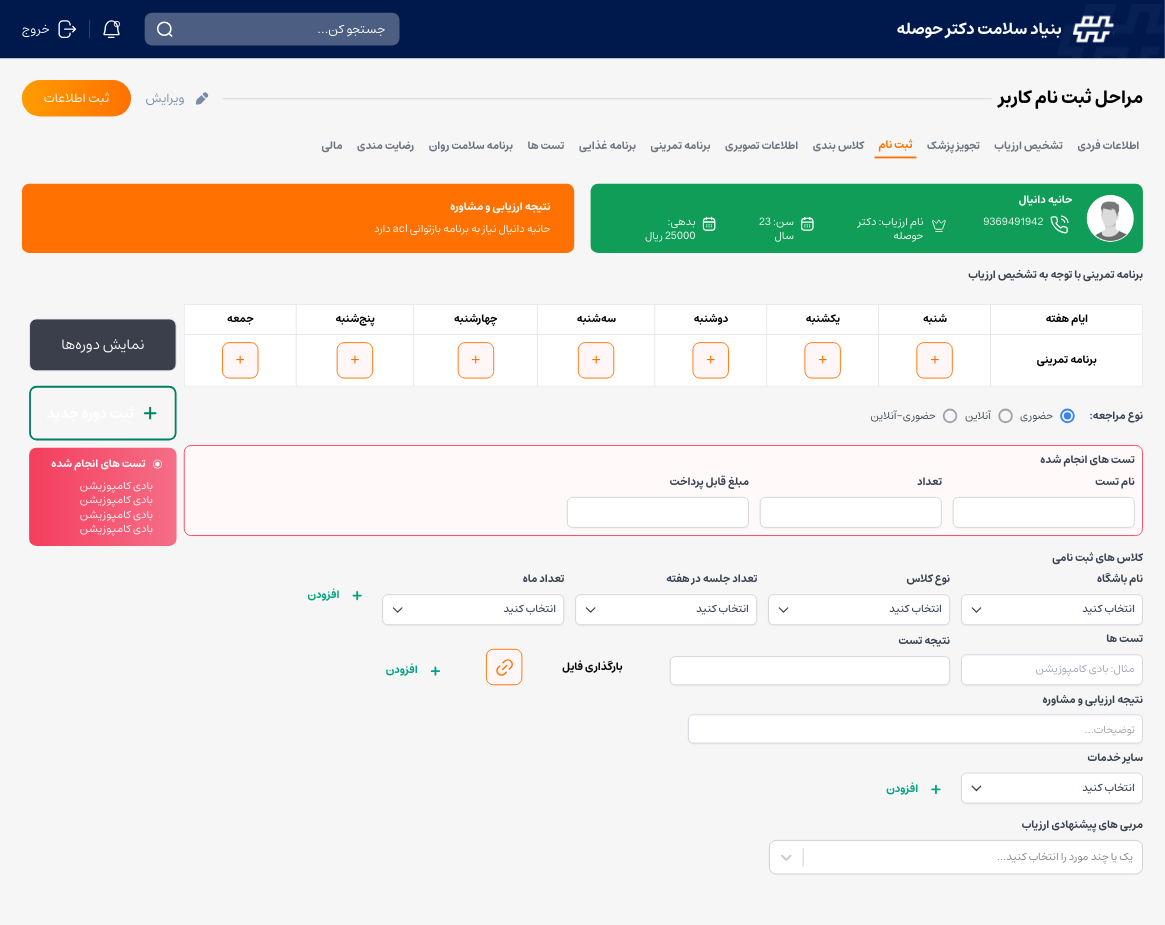
Repository: mirnajafi/ERP_hoseleh_V1.0
Page: /register, after clicking the first element matching `div.flex > :nth-child(4)`
The author's editor kept a copy of each file at every save. The page is drawn from the files as they stood at one save, then again after the next save.
The browser window is 1280 px wide. The pictures show the whole page, at 91% of full size.
Some web fonts or font styles are not loaded; a fallback is used. The project was rebuilt for these pictures with package versions that can differ from the ones it lists, and the page was loaded fresh each time. The framework's server and built-in components were replaced by stand-ins that run in the browser. Also part of the build but not shown: next.config.mjs, src/components/icons/trash.tsx, src/components/weekTable/weekTable.css, src/components/icons/copy.tsx, src/components/recognitionEvaluator/recognitionEvaluator.tsx.

Above is the page before, as saved 2025-02-28 23:57:34.

### src/app/layout.tsx
/* eslint-disable @next/next/no-img-element */
import type { Metadata } from "next";
import Header from "@/components/layout/Header";
import "@/app/globals.css";


export const metadata: Metadata = {
  title: "دکتر حوصله",
  description: "بنیاد سلامت دکتر حوصله",
};

export default function RootLayout({ children }: { children: React.ReactNode }) {
  return (
    <html lang="fa" dir="rtl">
      <body className="bg-dashboard-bg min-h-screen">
        {/* Header includes SidebarToggle, so no need to add Sidebar separately */}
        <Header />
        {/* Main Content Area */}
        <main className="transition-all duration-300 mt-16 p-6">
          {children}
        </main>

      </body>
    </html>
  );
}

### src/app/globals.css
@tailwind base;
@tailwind components;
@tailwind utilities;

@font-face {
  font-family: 'Estedad';
  src: url('/fonts/Estedad-Regular.woff2') format('woff2');
  font-weight: normal;
  font-style: normal;
  font-display: swap;
}

@font-face {
  font-family: 'Estedad';
  src: url('/fonts/Estedad-Bold.woff2') format('woff2');
  font-weight: bold;
  font-style: normal;
  font-display: swap;
}

@font-face {
  font-family: 'Estedad';
  src: url('/fonts/Estedad-Medium.woff2') format('woff2');
  font-weight: 500;
  font-style: normal;
  font-display: swap;
}

@font-face {
  font-family: 'Estedad';
  src: url('/fonts/Light.woff2') format('woff2');
  font-weight: 400;
  font-style: normal;
  font-display: swap;
}

@layer base {
  html {
    font-family: 'Estedad'
  }
}

### src/components/registration/registration.tsx
import Select from "react-select/base";
import WeekTable from "../weekTable/weekTable";
import TransparentBtn from "../transparentBtn/transparentBtn";
import Dropdown from "../dropdown/dropdown";
import InputDescription from "../inputDescription/inputDescription";
import FileUploader from "../fileUploader/fileUploader";
import Input from "../input/input";
import InformationUserBox from "../informationUserBox/informationUserBox";
import { useState } from "react";
import ResultBox from "../resultBox/resultBox";
import PlusIcon from "../icons/plus";
import LeftSideBox from "../leftSideBox/leftSideBox";
import RadioButton from "../radioBtn/radioBtn";

const Registration = () => {

    const [selectedOptions, setSelectedOptions] = useState([]);


    const handleSelect = (option: string) => {
        console.log("انتخاب شده:", option);
    };
    const handleFileUpload = (files: File[]) => {
        console.log("فایل‌های آپلود شده:", files);
    };

    const [selected, setSelected] = useState<string>("option1");


    const [selectedDay, setSelectedDay] = useState<string>("");

    const handleDaySelect = (day: string) => {
        setSelectedDay(day);
    };

    return (
        <div>
            <div className="w-full flex flex-row">
                <InformationUserBox name="حانیه دانیال" age="23" phoneNumber={'9369491942'} evaluator="دکتر حوصله" debt="25000" imageSrc="/images/defaultUser.png" className="w-1/2 lg:ml-2" />
                <ResultBox resultText={"حانیه دانیال نیاز به برنامه بازتوانی acl دارد"} className="w-1/2 lg:mr-2" />
            </div>



            <div className="flex flex-row  my-4 items-center">
                <label className="mb-2 text-xs font-bold text-gray-700 ml-2">برنامه تمرینی با توجه به تشخیص ارزیاب</label>

            </div>

            <div className="w-full flex flex-row">

                <div className="w-full flex flex-col">
                    <WeekTable
                        apiUrl="https://api.majidvalizadeh.com/jalali/next7"
                        selectedDay={selectedDay}
                        onDaySelect={handleDaySelect}
                    />
                    <div className="flex flex-row my-4">
                        <label className="my-2 text-xs font-bold text-gray-700 ml-4">نوع مراجعه:</label>
                        <RadioButton
                            label="حضوری"
                            name="options"
                            value="option1"
                            checked={selected === "option1"}
                            onChange={setSelected}
                        />
                        <RadioButton
                            label="آنلاین"
                            name="options"
                            value="option2"
                            checked={selected === "option2"}
                            onChange={setSelected}
                        />
                        <RadioButton
                            label="حضوری-آنلاین"
                            name="options"
                            value="option3"
                            checked={selected === "option3"}
                            onChange={setSelected}
                        />
                    </div>


                    <div className="w-full xl:py-2 my-0  flex flex-col  border border-[#F53E5E] rounded-[8px] p-[8px] bg-[#FFF9FA]">
                        <label className="text-xs font-bold text-gray-700 ml-4">تست های انجام شده</label>

                        <div className="flex flex-row">
                            <Input
                                label="نام تست"
                                type="text"
                                value={''}
                                onChange={() => { }}
                                placeholder=""
                            />
                            <Input
                                label="تعداد "
                                type="text"
                                value={''}
                                onChange={() => { }}
                                placeholder=""
                            />

                            <Input
                                label="مبلغ قابل پرداخت"
                                type="text"
                                value={''}
                                onChange={() => { }}
                                placeholder=""
                            />
                        </div>
                    </div>

                    <div className="flex flex-col  w-full xl:items-start xl:justify-right ">
                        <label className="text-xs font-bold text-gray-700 ml-4 mt-4">کلاس های ثبت نامی</label>
                        <div className="w-full flex flex-row items-start">
                            <Dropdown
                                label=" نام باشگاه"
                                options={["گزینه 1", "گزینه 2", "گزینه 3"]}
                                onSelect={handleSelect}
                            />
                            <Dropdown
                                label="نوع کلاس"
                                options={["گزینه 1", "گزینه 2", "گزینه 3"]}
                                onSelect={handleSelect}
                            />
                            <Dropdown
                                label="تعداد جلسه در هفته"
                                options={["گزینه 1", "گزینه 2", "گزینه 3"]}
                                onSelect={handleSelect}
                            />
                            <Dropdown
                                label="تعداد ماه"
                                options={["گزینه 1", "گزینه 2", "گزینه 3"]}
                                onSelect={handleSelect}
                            />
                            <TransparentBtn label='افزودن' />
                        </div>
                    </div>
                </div>

                <div className="w-1/6 p-2 flex flex-col">
                    <button className="bg-[#3B3E4B] text-white p-4 w-full border rounded-[8px] my-2">نمایش دوره‌ها</button>
                    <button className="bg-transparent text-[#007F63] text-white p-4 w-full border-2 border-[#007F63] rounded-[8px] flex items-center justify-center font-bold my-2"><PlusIcon width={20} height={20} /> ثبت دوره جدید</button>
                    <LeftSideBox title={"تست های انجام شده"} test1={"بادی کامپوزیشن"} />
                </div>
            </div>


            {/* <div className="flex flex-col  w-ful xl:w-1/3">
                <label className="mb-2 text-xs font-bold text-gray-700">تمرکز روی کدام قسمت بدن؟</label>
                <Select
                    isMulti
                    options={[
                        { value: "apple", label: "سیب" },
                        { value: "banana", label: "موز" },
                        { value: "orange", label: "پرتقال" },
                        { value: "grape", label: "انگور" },
                        { value: "watermelon", label: "هندوانه" },
                    ]}
                    value={selectedOptions}
                    onChange={setSelectedOptions}
                    placeholder="یک یا چند مورد را انتخاب کنید..."
                    noOptionsMessage={() => "موردی یافت نشد"}
                    isClearable
                    isSearchable
                    className="text-xs "
                    styles={{
                        control: (base) => ({
                            ...base,
                            borderRadius: "8px",
                            borderColor: "#ccc",
                            boxShadow: "none",
                            "&:hover": { borderColor: "#888" },
                        }),
                    }}
                />
            </div> */}
            <div className="flex flex-col xl:flex-row w-full xl:items-end xl:justify-right ">
                <Input
                    label="تست ها"
                    type="text"
                    value={''}
                    onChange={() => { }}
                    placeholder="مثال: بادی کامپوزیشن "
                />
                <InputDescription
                    label="نتیجه تست"
                    value={''}
                    placeholder=""
                    className="xl:w-1/4 max-w-[500px]"
                />

                <FileUploader onFileUpload={handleFileUpload} accept="image/*" multiple />
                <TransparentBtn label='افزودن' />
            </div>
            <div className="flex flex-col xl:flex-row w-full xl:items-end xl:justify-right ">

                <InputDescription
                    label="نتیجه ارزیابی و مشاوره"
                    value={''}
                    placeholder="توضیحات..."
                    className="xl:w-1/2 max-w-[500px]"
                    height="h-24"
                />

            </div>


            <div className="flex flex-col xl:flex-row w-full xl:items-end xl:justify-right ">
                <Dropdown
                    label="سایر خدمات"
                    options={["گزینه 1", "گزینه 2", "گزینه 3"]}
                    onSelect={handleSelect}
                />
                <TransparentBtn label='افزودن' />

            </div>
            <div className="flex flex-col  w-ful xl:w-1/3 my-4">
                <label className="mb-2 text-xs font-bold text-gray-700">مربی های پیشنهادی ارزیاب</label>
                <Select
                    isMulti
                    options={[
                        { value: "apple", label: "سیب" },
                        { value: "banana", label: "موز" },
                        { value: "orange", label: "پرتقال" },
                        { value: "grape", label: "انگور" },
                        { value: "watermelon", label: "هندوانه" },
                    ]}
                    value={selectedOptions}
                    onChange={setSelectedOptions}
                    placeholder="یک یا چند مورد را انتخاب کنید..."
                    noOptionsMessage={() => "موردی یافت نشد"}
                    isClearable
                    isSearchable
                    className="text-xs "
                    styles={{
                        control: (base) => ({
                            ...base,
                            borderRadius: "8px",
                            borderColor: "#ccc",
                            boxShadow: "none",
                            "&:hover": { borderColor: "#888" },
                        }),
                    }}
                />
            </div>


        </div>
    )

}
export default Registration;

### src/components/SearchInput/SearchInput.tsx
/* eslint-disable @next/next/no-img-element */
"use client";

interface SearchInputProps {
  placeholder?: string;
  className?: string;
}

export default function SearchInput({ placeholder = "جستجو کن...", className = "" }: SearchInputProps) {
  return (
    <div className="relative w-[280px]">
      <input
        type="text"
        placeholder={placeholder}
        className={`w-full h-9 bg-white bg-opacity-30 rounded-lg px-4 text-white placeholder:text-white text-sm focus:outline-none ${className}`}
      />
      <img
        src="/icons/left-icon.svg"
        alt="search"
        className="absolute left-2 top-1/2 -translate-y-1/2 w-7 h-7 brightness-0 invert"
      />
    </div>
  );
}

### src/components/formHeader/formHeader.css
.customeGradient{
    background: linear-gradient(270deg, #FF7101 0%, #FF9C00 100%);
    color: white;
    border-radius: 50px;
    padding:  10px 24px;
}

### src/components/transparentBtn/transparentBtn.tsx
'use client'; // اضافه کردن این خط برای فعال کردن کامپوننت در Client-side

import React from "react";

interface BtnProps {
    label: string;
}

const TransparentBtn: React.FC<BtnProps> = ({ label }) => {

    return (
        <div className="w-250px text-[#01A384] h-full flex xl:items-center xl:justify-center">
            <button className="flex flex-row p-2  h-full flex items-center justify-center font-bold text-xs
">
                <svg width="15" height="15" viewBox="0 0 14 15" fill="none" xmlns="http://www.w3.org/2000/svg" className="ml-3">
                    <path d="M7 3.41666V11.5833" stroke="#01A384" stroke-width="2" stroke-linecap="round" stroke-linejoin="round" />
                    <path d="M2.91602 7.5H11.0827" stroke="#01A384" stroke-width="2" stroke-linecap="round" stroke-linejoin="round" />
                </svg>
                {label}
            </button>
        </div>
    );
};

export default TransparentBtn;

### src/components/inputDescription/inputDescription.tsx
'use client';  // اضافه کردن این خط برای فعال کردن کامپوننت در Client-side

import React from "react";

interface InputProps {
  label: string;
  value: string;
  placeholder?: string;
  required?: boolean;
  className?: string;
  height?:string;
}

const InputDescription: React.FC<InputProps> = ({
  label,
  value,
  placeholder,
  required = false,
  className = "",
  height
}) => {
  return (
    <div className={`w-full xl:w-1/2 ml-3 max-w-[500px] ${className}`}>
      <label className="block text-xs text-gray-700 mb-2 mt-4 xl:my-2 font-bold font-bold">{label}</label>

      <textarea
        value={value}
        placeholder={placeholder}
        required={required}
        className={`block w-full h-8 ${height} p-2 resize-none max-w-200 overflow-hidden text-xs border border-gray-300 rounded-md shadow-sm focus:outline-none focus:ring-2 focus:ring-indigo-500 focus:border-indigo-500`}
      />
    </div>
  );
};

export default InputDescription;

### src/components/resultBox/resultBox.tsx
'use client';

import React from "react";
import './resultBox.css';


interface ResultBoxProps {
    resultText: string;
    className?: string;
}

const ResultBox: React.FC<ResultBoxProps> = ({
    resultText,
    className
}) => {
    return (
        <div className={`w-full flex flex-col lg:flex-row containResultBox text-xs ${className}`}>
            <div className="flex flex-col mr-4">
                <div className="font-bold">نتیجه ارزیابی و مشاوره</div>
                <div className="flex flex-col justify-center items-start lg:flex-row mt-2">
                    <span className="ml-10 flex flex-row-reverse">{resultText}</span>
                </div>
            </div>
        </div>
    );
};

export default ResultBox;

### src/components/icons/plus.tsx
'use client';

import React from "react";

interface IconProps {
    width?: number;
    height?: number;
    color?: string;
}

const PlusIcon: React.FC<IconProps> = ({ width, height }) => {
    return (
        <svg width={width} height={height} viewBox="0 0 36 36" fill="none" className="ml-2" xmlns="http://www.w3.org/2000/svg">
        <path d="M18 7.5V28.5" stroke="#007F63" stroke-width="4" stroke-linecap="round" stroke-linejoin="round"/>
        <path d="M7.5 18H28.5" stroke="#007F63" stroke-width="4" stroke-linecap="round" stroke-linejoin="round"/>
        </svg>


    );
};

export default PlusIcon;

### src/components/radioBtn/radioBtn.tsx
import React from "react";

interface RadioButtonProps {
  label: string;
  name: string;
  value: string;
  checked: boolean;
  onChange: (value: string) => void;
}

const RadioButton: React.FC<RadioButtonProps> = ({ label, name, value, checked, onChange }) => {
  return (
    <label className="flex items-center space-x-2 cursor-pointer text-xs">
      <input
        type="radio"
        name={name}
        value={value}
        checked={checked}
        onChange={() => onChange(value)}
        className="hidden"
      />
      <div
        className={`w-4 h-4 rounded-full border-2 ${
          checked ? "border-blue-500" : "border-gray-400"
        } flex items-center justify-center transition-all`}
      >
        {checked && <div className="w-2 h-2 bg-blue-500 rounded-full" />}
      </div>
      <span className="text-gray-700">{label}</span>
    </label>
  );
};

export default RadioButton;

### src/components/icons/uploader.tsx
'use client';

import React from "react";

interface IconProps {
    width?: number;
    height?: number;
    color?: string;
}

const UploaderIcon: React.FC<IconProps> = ({ width, height }) => {
    return (<svg width={width} height={height} viewBox="0 0 24 24" fill="none" xmlns="http://www.w3.org/2000/svg">
        <path d="M14.1211 9.87866L9.87845 14.1213" stroke="#FF7101" stroke-width="1.5" stroke-linecap="round" />
        <path d="M10.334 7.00003L12.0006 5.33336C13.8416 3.49239 16.8264 3.49239 18.6673 5.33335V5.33335C20.5083 7.17431 20.5083 10.1591 18.6673 12.0001L17.0007 13.6667" stroke="#FF7101" stroke-width="1.5" stroke-linecap="round" />
        <path d="M13.666 17L11.9994 18.6666C10.1584 20.5076 7.17362 20.5076 5.33266 18.6666V18.6666C3.4917 16.8257 3.4917 13.8409 5.33266 11.9999L6.99934 10.3333" stroke="#FF7101" stroke-width="1.5" stroke-linecap="round" />
    </svg>
    );
};

export default UploaderIcon;

### src/components/informationUserBox/informationUserBox.css
.containInfoBox {
  background: #0f9d58;
  color: white;
  justify-content: right;
  align-items: center;
  padding: 10px;
  border-radius: 8px;
}
.imageUser {
  border-radius: 100%;
}

### src/components/resultBox/resultBox.css
.containResultBox {
  background: #FF7101;
  color: white;
  justify-content: right;
  align-items: center;
  padding: 10px;
  border-radius: 8px;
  margin-right: 10px;
}

### src/components/leftSideBox/leftSideBox.css
.containLeftSideBox {
  background: linear-gradient(270deg, #F56E86 0%, #F53E5E 100%);
  color: white;
  justify-content: right;
  align-items: center;
  padding: 10px;
  border-radius: 8px;
}
.special-margin{
  margin-right: -10px;
}

### src/components/icons/circle.tsx

'use client';

import React from "react";

interface IconProps {
    width?: number;
    height?: number;
    color?: string;
}

const CircleIcon: React.FC<IconProps> = ({ width = 21, height = 22 }) => {
    return (
        <svg width={width} height={height} viewBox="0 0 12 12" className="ml-2" fill="none" xmlns="http://www.w3.org/2000/svg">
            <rect width="12" height="12" rx="6" fill="white" />
            <rect x="2" y="2" width="8" height="8" rx="4" fill="white" />
            <rect x="2" y="2" width="8" height="8" rx="4" stroke="#F56B84" stroke-width="2" />
        </svg>

    );
};

export default CircleIcon;

### tailwind.config.ts
import type { Config } from "tailwindcss";

const config: Config = {
  content: [
    "./src/pages/**/*.{js,ts,jsx,tsx,mdx}",
    "./src/components/**/*.{js,ts,jsx,tsx,mdx}",
    "./src/containers/**/*.{js,ts,jsx,tsx,mdx}",
    "./src/app/**/*.{js,ts,jsx,tsx,mdx}",
  ],
  theme: {
    extend: {
      colors: {
        "deep-blue": "#1E3A8A",
        "green": "#8BC34A",
        "orange": "#F97316",
        "red": "#E02D40",
        "yellow": "#FBBF24",
        background: "var(--background)",
        foreground: "var(--foreground)",
        secondry: {
          blue: {
            900: "#00194D",
          },
        },
        primery: {
          600: "#FF7101"
        },
        dashboard: {
          bg: "#F6F6F6"
        }
      },
    },
  },
  plugins: [],
};
export default config;

Loaded but not shown: src/components/personalInfo/personalInfo.tsx (302 lines, source omitted); src/components/weekTable/weekTable.tsx (87 lines, source omitted); src/components/dropdown/dropdown.tsx (69 lines, source omitted); src/components/icons/evaluator.tsx (26 lines, source omitted); src/components/inputDate/inputDate.tsx (67 lines, source omitted); src/components/informationUserBox/informationUserBox.tsx (61 lines, source omitted); src/components/icons/calendar.tsx (35 lines, source omitted); src/components/icons/phoneNumber.tsx (20 lines, source omitted); src/components/formHeader/formHeader.tsx (32 lines, source omitted); src/components/fileUploader/fileUploader.tsx (54 lines, source omitted); src/components/layout/Header.tsx (44 lines, source omitted); src/app/register/page.tsx (48 lines, source omitted); src/components/leftSideBox/leftSideBox.tsx (35 lines, source omitted); src/components/input/input.tsx (40 lines, source omitted); src/components/formTab/formTab.tsx (38 lines, source omitted)

After the next save:
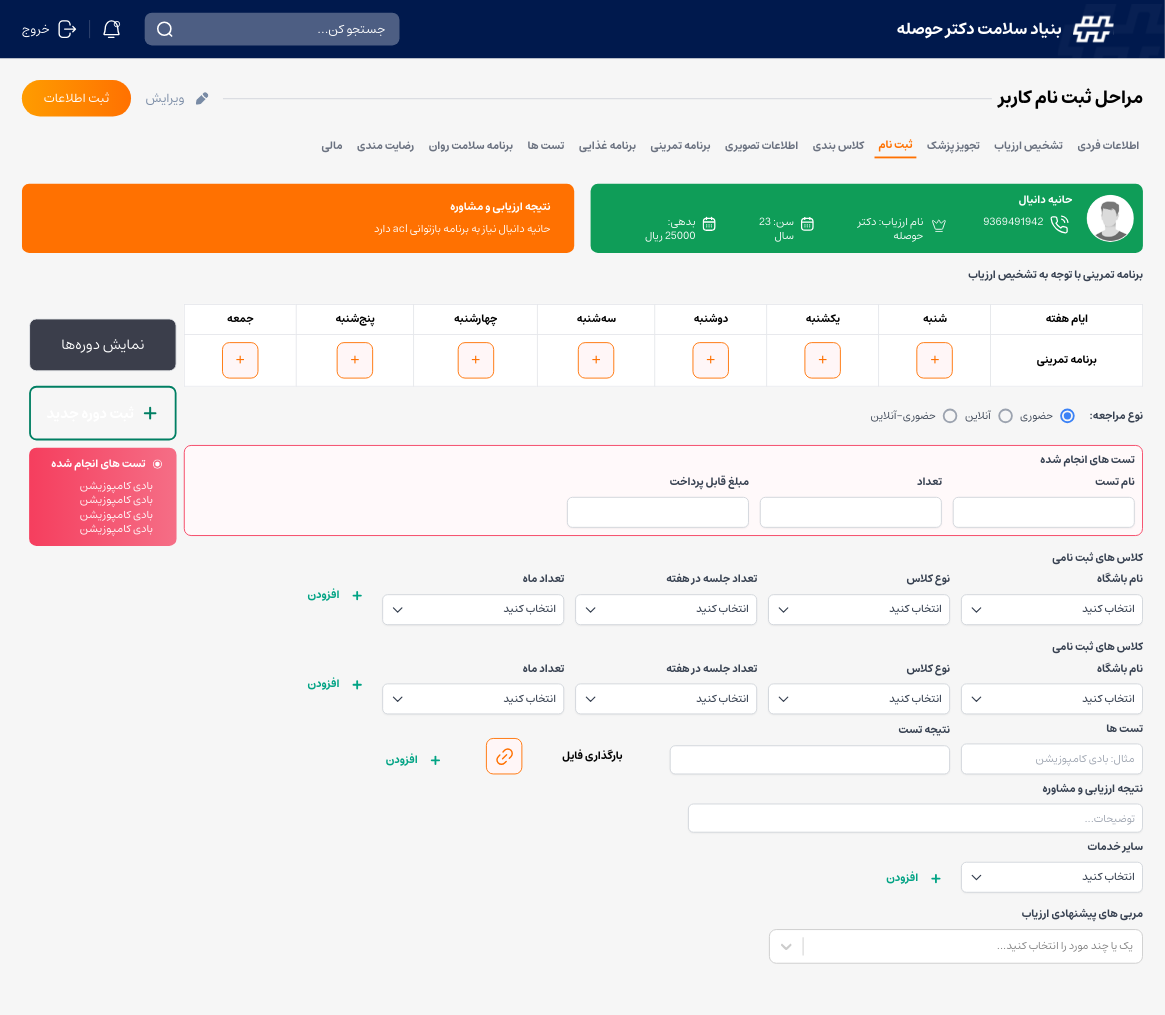
Saved 22 s later.
--- a/src/components/registration/registration.tsx
+++ b/src/components/registration/registration.tsx
@@ -136,6 +136,33 @@ const Registration = () => {
                             <TransparentBtn label='افزودن' />
                         </div>
                     </div>
+
+                    <div className="flex flex-col  w-full xl:items-start xl:justify-right ">
+                        <label className="text-xs font-bold text-gray-700 ml-4 mt-4">کلاس های ثبت نامی</label>
+                        <div className="w-full flex flex-row items-start">
+                            <Dropdown
+                                label=" نام باشگاه"
+                                options={["گزینه 1", "گزینه 2", "گزینه 3"]}
+                                onSelect={handleSelect}
+                            />
+                            <Dropdown
+                                label="نوع کلاس"
+                                options={["گزینه 1", "گزینه 2", "گزینه 3"]}
+                                onSelect={handleSelect}
+                            />
+                            <Dropdown
+                                label="تعداد جلسه در هفته"
+                                options={["گزینه 1", "گزینه 2", "گزینه 3"]}
+                                onSelect={handleSelect}
+                            />
+                            <Dropdown
+                                label="تعداد ماه"
+                                options={["گزینه 1", "گزینه 2", "گزینه 3"]}
+                                onSelect={handleSelect}
+                            />
+                            <TransparentBtn label='افزودن' />
+                        </div>
+                    </div>
                 </div>
 
                 <div className="w-1/6 p-2 flex flex-col">
